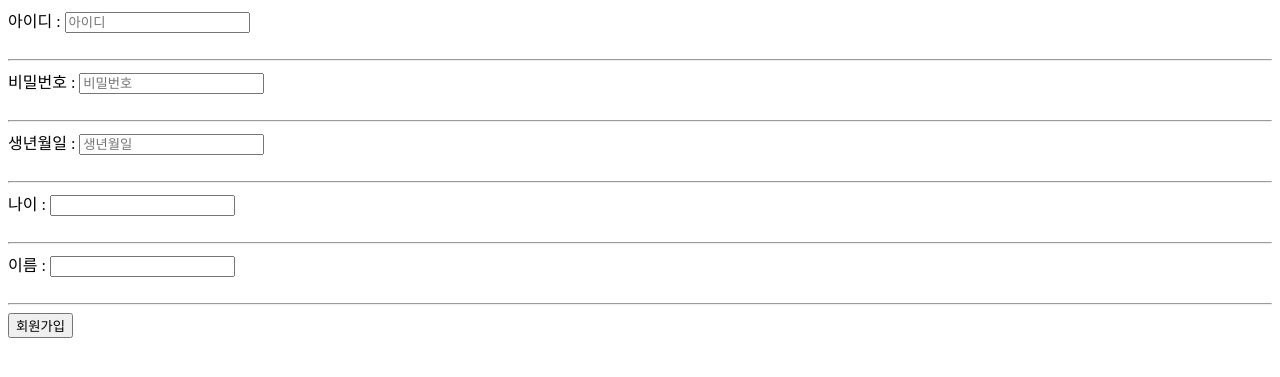
Repository: bbqju13/jsp0602
Page: http://localhost/project4/user/join.jsp
An editor plug-in stored every save of this project. The page is shown before and after the next save, followed by the edit.
The browser window is 1280 px wide. The pictures show the whole page.
The page is served by Tomcat 9.

Above is the page before, as saved 2023-05-30 03:05:01.

After the next save:
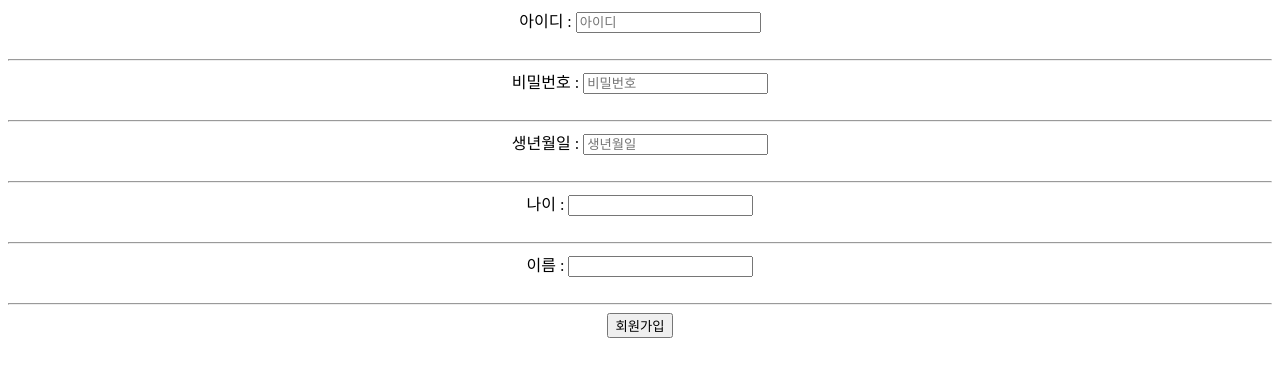
Saved 112 s later.
--- a/jsp_project4/project4/src/main/webapp/user/join.jsp
+++ b/jsp_project4/project4/src/main/webapp/user/join.jsp
@@ -4,6 +4,11 @@
 <html>
 <head>
 <meta charset="UTF-8">
+<style type="text/css">
+body {
+	text-align: center;
+}
+</style>
 <title>회원가입</title>
 </head>
 <body>
